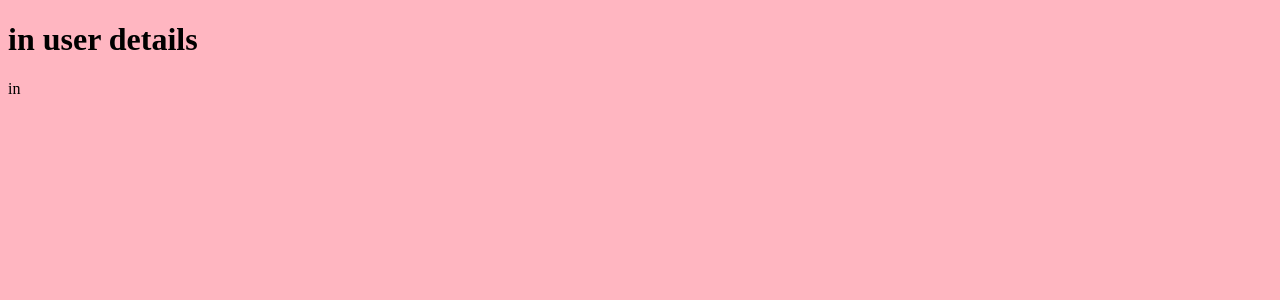
Repository: testGitHub1234cell/Test1
Page: http://localhost/nb/nb/userDetails.jsp
The author's editor kept a copy of each file at every save. The page is drawn from the files as they stood at one save, then again after the next save.
The browser window is 1280 px wide. The pictures show the whole page.
The page is served by Tomcat 9. Other server files are loaded and not shown.

Above is the page before, as saved 2016-12-18 09:42:35.

### nb/nb/userDetails.jsp
<%@ page language="java" contentType="text/html; charset=ISO-8859-1"
    pageEncoding="ISO-8859-1"%>
<!DOCTYPE html PUBLIC "-//W3C//DTD HTML 4.01 Transitional//EN" "http://www.w3.org/TR/html4/loose.dtd">
<html>
<head>
<meta http-equiv="Content-Type" content="text/html; charset=ISO-8859-1">
<title>Insert title here</title>
</head>
<body bgcolor="lightpink">
<h1>in user details</h1>
in


</body>
</html>

### nb/src/pac/CustomerBean.java
package pac;

public class CustomerBean
{
	private String custName;
	private String custAddress;
	private long phoneNo;
	private String email;
	private String  accountType;
	private long accountNo;
	private int balance;


	public String getCustName() {
		return custName;
	}
	public void setCustName(String custName) {
		this.custName = custName;
	}
	public String getCustAddress() {
		return custAddress;
	}
	public void setCustAddress(String custAddress) {
		this.custAddress = custAddress;
	}
	public long getPhoneNo() {
		return phoneNo;
	}
	public void setPhoneNo(long phoneNo) {
		this.phoneNo = phoneNo;
	}
	public String getEmail() {
		return email;
	}
	public void setEmail(String email) {
		this.email = email;
	}
	public String getAccountType() {
		return accountType;
	}
	public void setAccountType(String accountType) {
		this.accountType = accountType;
	}
	public long getAccountNo() {
		return accountNo;
	}
	public void setAccountNo(long accountNo) {
		this.accountNo = accountNo;
	}
	public int getBalance() {
		return balance;
	}
	public void setBalance(int balance) {
		this.balance = balance;
	}






}

After the next save:
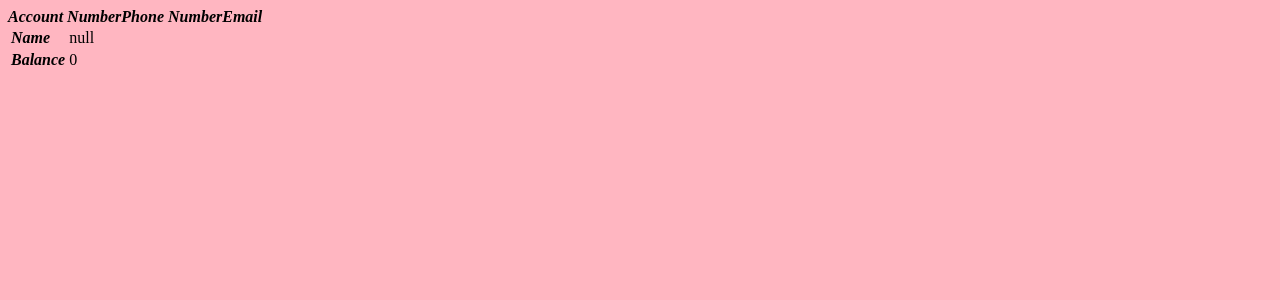
Saved 14 min 11 s later.
--- a/nb/nb/userDetails.jsp
+++ b/nb/nb/userDetails.jsp
@@ -7,8 +7,23 @@
 <title>Insert title here</title>
 </head>
 <body bgcolor="lightpink">
-<h1>in user details</h1>
-in
+<jsp:useBean id="CustBean" class="pac.CustomerBean" scope="session"/>
+<table>
+<tr>
+<td><b><i>Name</i></b></td><td><jsp:getProperty  property="custName" name="CustBean" /></td>
+</tr>
+<tr>
+<td><b><i>Balance</i></b></td><td><jsp:getProperty  property="balance" name="CustBean" /></td>
+</tr>
+<tr>
+<b><i>Account Number</i></b>
+<tr>
+<b><i>Phone Number</i></b>
+</tr>
+<tr>
+<b><i>Email</i></b>
+</tr>
+</table>
 
 
 </body>
